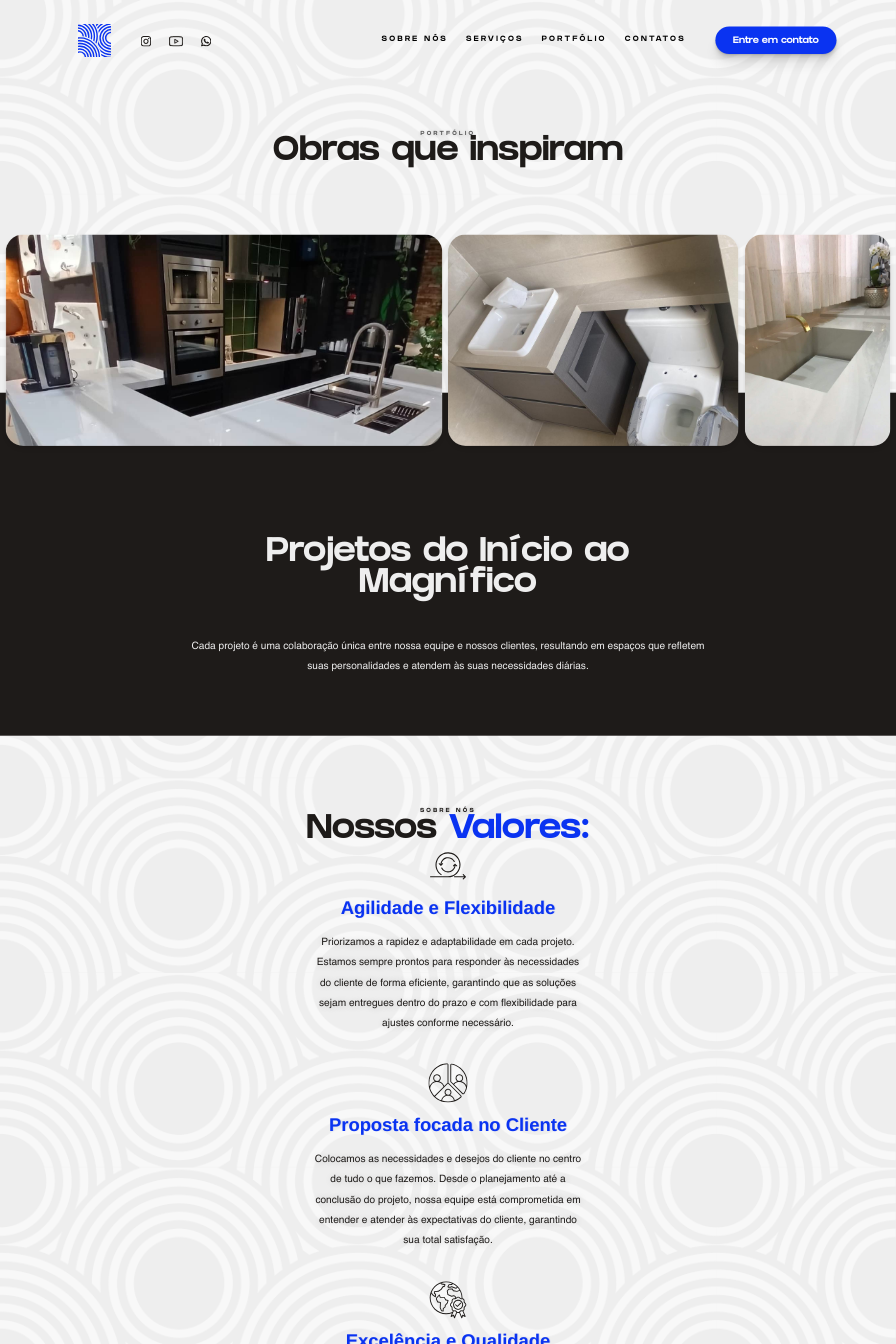
Repository: lucastdcs/ReforMar
Page: /portfolio
An editor plug-in stored every save of this project. The page is shown before and after a run of saves, followed by the edit.
The browser window is 1280 px wide. The pictures show the part of the page from y = 0 to 1920 px (the page is 6311 px tall before and 720 px after), at 70% of full size.
Backgrounds fixed to the window are drawn as part of the page. The project was rebuilt for these pictures with package versions that can differ from the ones it lists, and the page was loaded fresh each time. Also part of the build but not shown: vite.config.js, src/Components/EmailPopUp/EmailPopUp.styled.js, src/Components/EmailPopUp/EmailPopUp.jsx, src/Components/Card/Card.styled.js, src/Components/Card/Card.jsx, src/Components/ServicesCard/ServicesCard.styled.js, src/Components/ServicesCard/ServicesCard.jsx, src/Components/Badges/Badges.styled.js and 9 more.

Above is the page before, as saved 2024-10-11 13:05:32.

### index.html
<!doctype html>
<html lang="pt-br">

<head>
  <meta charset="UTF-8" />
  <meta name="viewport" content="width=device-width, initial-scale=1.0" />

  <!-- Favicon -->
  <link rel="icon" href="/Favicon.svg" type="image/svg+xml">
  <link rel="shortcut icon" href="/Favicon.svg" type="image/svg+xml">

  <!-- SEO Meta Tags -->
  <meta name="description"
    content="A ReforMar - Obras Express oferece serviços rápidos e eficientes de reforma e construção. Confie em nossa equipe especializada para transformar seu espaço com qualidade e agilidade.">
  <meta name="keywords"
    content="reforma, construção, obras express, reforma residencial, reforma comercial, reformas rápidas, qualidade, agilidade, ReforMar">
  <meta name="author" content="ReforMar - Obras Express">

  <!-- Open Graph Meta Tags -->
  <meta property="og:title" content="ReforMar - Reformas e Construções Rápidas">
  <meta property="og:description"
    content="A ReforMar - Obras Express oferece serviços rápidos e eficientes de reforma e construção. Confie em nossa equipe especializada para transformar seu espaço com qualidade e agilidade.">
  <meta property="og:image" content="https://reformarobrasexpress.com.br/assets/image1-Bzcdwp6d.jpg">
  <meta property="og:url" content="https://reformarobrasexpress.com.br">
  <meta property="og:type" content="website">
  <meta property="og:locale" content="pt_BR">

  <!-- Twitter Meta Tags -->
  <meta name="twitter:card" content="summary_large_image">
  <meta name="twitter:title" content="ReforMar - Reformas e Construções Rápidas">
  <meta name="twitter:description"
    content="A ReforMar - Obras Express oferece serviços rápidos e eficientes de reforma e construção. Confie em nossa equipe especializada para transformar seu espaço com qualidade e agilidade.">
  <meta name="twitter:image" content="https://reformarobrasexpress.com.br/assets/image1-Bzcdwp6d.jpg">

  <meta property="og:title" content="Reformar Obras Express">
  <meta property="og:description" content="Serviços rápidos de reforma e construção.">
  <meta property="og:image" content="https://reformarobrasexpress.com.br/assets/image1-Bzcdwp6d.jpg">
  <meta property="og:url" content="https://reformarobrasexpress.com.br/">
  <meta property="og:type" content="website">

  <!-- Title -->
  <title>ReforMar - Reformas e Construções Rápidas</title>

</head>

<body>
  <div id="root"></div>
  <div id="portal"></div>
  <script type="module" src="/src/main.jsx"></script>
</body>

</html>

### src/index.css
@import './assets/styles/base/fonts.css';
@import './assets/styles/base/variables.css';

:root {

  color: rgb(248, 248, 248);
  background-color: var(--off-white);


  font-synthesis: none;
  text-rendering: optimizeLegibility;
  -webkit-font-smoothing: antialiased;
  -moz-osx-font-smoothing: grayscale;
}

*,
*::before,
*::after {
  box-sizing: border-box;
  margin: 0;
  padding: 0;
}

html {
  font-size: 52.5%;
  scroll-behavior: smooth;
}

body {
  overflow-x: hidden;
  display: flex;
  justify-content: center;
  align-items: center;
  margin: 0;
  padding: 0;
  width: 100vw;
  background-image: url("./assets/imgs/Grafismo.png");
  background-repeat: repeat-y;
  background-attachment: fixed;
  background-size: contain;
}


::-webkit-scrollbar {
  width: 1.5rem;
  height: 1.5rem;
}

::-webkit-scrollbar-track {
  background: var(--sb-track-color);
  border-radius: 10px;
}

::-webkit-scrollbar-thumb {
  background: var(--sb-thumb-color);
  border-radius: 10px;
}

/* Estilizando a barra de rolagem para navegadores que não suportam WebKit */
@supports not selector(::-webkit-scrollbar) {
  body {
    scrollbar-color: var(--sb-thumb-color) var(--sb-track-color);
  }
}

.slide-in {
  position: fixed;
  top: 0;
  left: 0;
  width: 100%;
  height: 100vh;
  background-color: red;



  transform-origin: bottom;
}

.slide-out {
  position: fixed;
  top: 0;
  left: 0;
  width: 100%;
  height: 100vh;
  background-color: red;
  transform-origin: top;
}

.project_title {
  margin: 0 0.5rem;
}

### src/Components/Footer/Footer.jsx
import React from "react";
import { StyledContainer, Legal } from "./Footer.styled";
import instagram from "../../assets/icons/instagram.svg";
import whatsapp from "../../assets/icons/whatsapp.svg";
import youtube from "../../assets/icons/youtube.svg";
import logo from "../../assets/icons/logo-simbolo.svg";
import { Text } from "../../assets/styles/typography.styled";

const Footer = () => {
  return (
    <>
      <StyledContainer>
        <div className="wrapper">
          <div className="socials_wrapper">
            <span>
              <a href="https://www.instagram.com/reformarobras/">
                <img src={instagram} alt="Logo do Instagram" />
              </a>
              <a href="https://www.youtube.com/@reformarobrasexpress">
                <img src={youtube} alt="Logo do Youtube" />
              </a>
              <a href="">
                <img src={whatsapp} alt="Logo do Whatsapp" />
              </a>
            </span>
            <img src={logo} alt="" />
          </div>
          <ul>
            <li className="list_title">
              <Text>Empresa</Text>
            </li>
            <li>
              <a href="/sobreNos">
                <Text>Sobre Nós</Text>
              </a>
            </li>
            <li>
              <a href="/servicos">
                <Text>Serviços</Text>
              </a>
            </li>
            <li>
              <a href="/contato">
                <Text>Contatos</Text>
              </a>
            </li>
          </ul>
          <ul>
            <li className="list_title">
              <Text>Legal</Text>
            </li>
            <li>
              <Text>Política e Privacidade</Text>
            </li>
            <li>
              <Text>Termos de uso</Text>
            </li>
          </ul>
          <ul>
            <li className="list_title">
              <Text>Contatos</Text>
            </li>
            <li>
              <Text>atendimento@reformarobrasexpress.com.br</Text>
            </li>
            <li>
              <Text>(11) 93961-2000</Text>
            </li>
            <li>
              <Text>(13) 98220-2000</Text>
            </li>
            <li>
              <Text>São Paulo - SP</Text>
            </li>
            <li>
              <Text>São Vicente - SP</Text>
            </li>
          </ul>
        </div>
      </StyledContainer>
      <Legal>
        <Text>© 2024 ReforMar Obras Express. All rights reserved.</Text>
      </Legal>
    </>
  );
};

export default Footer;

### src/Pages/Portfolio.jsx
import React, { useEffect, useState } from "react";
import styled from "styled-components";
import FeedbackSection from "../Components/FeedbackSection/FeedbackSection";
import ValuesSection from "../Components/ValuesSection/ValuesSection";
import NumbersSection from "../Components/NumbersSection/NumbersSection";
import Titles from "../Components/Titles/Titles";
import { Text } from "../assets/styles/typography.styled";
import img1 from "../assets/imgs/ServicesImg.jpg";
import img2 from "../assets/imgs/ObrasIMG2.jpg";
import img3 from "../assets/imgs/ObrasIMG3.jpg";
import CarouselNew from "../Components/MotionCarousel/MotionCarousel.jsx";
import { getMainImagesFromFolder, getImagesFromFolder } from "../utils/getImagesfromFolder.js";

const Portfolio = () => {
  const Main = styled.main`
    width: 100vw;
    color: var(--black);
    text-align: center;
    margin-top: 22rem;
    height: fit-content;

    :nth-child(7) {
      margin-top: 5rem;
    }
  `;
  const Grid = styled.div`
    position: relative;
    bottom: -10rem;
    max-width: 180rem;
    max-height: 60rem;
    display: grid;
    grid-template-columns: 3fr 2fr 1fr;
    grid-gap: 1rem;
    margin: auto;
    padding: 1rem;

    img {
      border-radius: 3rem;
      object-fit: cover;
      width: 100%;
      height: 100%;
      box-shadow: 0 4px 6px rgba(0, 0, 0, 0.1);
    }

    .img1 {
      grid-column: 1;
      grid-row: 1;
    }

    .img2 {
      grid-column: 2;
      grid-row: 1;
    }

    .img3 {
      grid-column: 3;
      grid-row: 1;
    }

    @media (max-width: 800px) {
      grid-template-columns: 1fr;
      grid-template-rows: repeat(20rem, 3);
      max-height: fit-content;

      img {
        height: 20rem;
      }
      .img1 {
        grid-column: 1;
        grid-row: 1;
      }

      .img2 {
        grid-column: 1;
        grid-row: 2;
      }

      .img3 {
        grid-column: 1;
        grid-row: 3;
      }
    }
  `;
  const Projects = styled.section`
    width: 100vw;
    height: fit-content;
    padding-top: 25rem;
    padding-bottom: 10rem;
    background-color: var(--black);
    color: var(--off-white);

    p {
      margin-top: 6rem;
      margin-left: 0.5rem;
      margin-right: 0.5rem;
    }

    .text_wrapper {
      max-width: 90rem;
      margin: auto;
    }
    .project_card {
      text-align: left;
      border: 1px solid var(--off-white);
      max-width: 130rem;
      border-radius: 4rem;
      /* height: fit-content; */
      p {
        margin: 0;
      }
    }

    @media (max-width: 1000px) {
      .portfolio_carousel_inner {
        width: 90vw;
      }
    }
  `;

  const [projects, setProjects] = useState([]);

  const getProjects = () => {
    const allProjects = [];
    let i = 1;

    while (i < 20) {
      const imageUrls = getImagesFromFolder(`projeto${i}`, 5);
      const mainImgs = getMainImagesFromFolder(`projeto${i}`);

      allProjects.push({
        imageUrls,
        mainImgs,
      });

      i++;
    }

    setProjects(allProjects);
  };

  useEffect(() => {
    getProjects();
  }, []);

  console.log("🚀 ~ Portfolio ~ projects:", projects);

  return (
    <Main>
      <Titles
        text_label="Portfólio"
        text_title="Obras que inspiram"
        text_span=""
      />

      <Grid>
        <img src={img1} alt="" className="img1" />
        <img src={img2} alt="" className="img2" />
        <img src={img3} alt="" className="img3" />
      </Grid>
      <Projects>
        <div className="text_wrapper">
          <Titles
            text_label=""
            text_title="Projetos do Início ao Magnífico"
            text_span=""
          />
          <Text>
            Cada projeto é uma colaboração única entre nossa equipe e nossos
            clientes, resultando em espaços que refletem suas personalidades e
            atendem às suas necessidades diárias.
          </Text>
        </div>
        <CarouselNew className="portfolio_carousel_inner">
          {/* <Card
            className="project_card"
            img={thumbnailUrl1}
            title="Cuba de Cozinha"
            feedbackStars="4"
            rating={4}
            duration="1 Semana"
            year="2023"
            area="30m²"
            type="Residência"
            location="Santos - SP"
            description="Reforma de paredes, pisos, instalações de lustres e superfícies de mármore"
            overlay
            images={imageUrls1}
            antes={beforeAndAfter1.antes}
            depois={beforeAndAfter1.depois}
          />
          <Card
            className="project_card"
            img={thumbnailUrl2}
            title="Banheiro em mármore e ripado"
            feedbackStars="4"
            rating={4}
            duration="1 Semana"
            year="2023"
            area="30m²"
            type="Residência"
            location="Santos - SP"
            description="Reforma de paredes, pisos, instalações de lustres e superfícies de mármore"
            overlay
            images={imageUrls2}
            antes={beforeAndAfter2.antes}
            depois={beforeAndAfter2.depois}
          />
          <Card
            className="project_card"
            img={thumbnailUrl3}
            title="Varanda"
            feedbackStars="4"
            rating={4}
            duration="1 Semana"
            year="2023"
            area="30m²"
            type="Residência"
            location="Santos - SP"
            description="Reforma de paredes, pisos, instalações de lustres e superfícies de mármore"
            overlay
            images={imageUrls3}
            antes={beforeAndAfter3.antes}
            depois={beforeAndAfter3.depois}
          />
          <Card
            className="project_card"
            img={thumbnailUrl4}
            title="Cozinha"
            feedbackStars="4"
            rating={4}
            duration="1 Semana"
            year="2023"
            area="30m²"
            type="Residência"
            location="Santos - SP"
            description="Reforma de paredes, pisos, instalações de lustres e superfícies de mármore"
            overlay
            images={imageUrls4}
            antes={beforeAndAfter4.antes}
            depois={beforeAndAfter4.depois}
          /> */}
        </CarouselNew>
      </Projects>
      <ValuesSection />
      <NumbersSection />
      <FeedbackSection />
    </Main>
  );
};

export default Portfolio;

### src/assets/styles/base/fonts.css
@import './variables.css';

@font-face {
    font-family: 'Grifter';
    src: url('../../fonts/GRIFTERBold.woff2') format('woff2');
    font-weight: bold;
    font-style: normal;
    font-display: swap;
  }

@font-face {
    font-family: 'Helvetica';
    src: url('../../fonts/Helvetica.woff2') format('woff2');
    font-weight: normal;
    font-style: normal;
    font-display: swap;
  }

### src/assets/styles/base/variables.css
@import './fonts.css';

:root {
  /* Cores */
  --color-primary: #0590FA;
  --color-secondary: #0567F8;
  --color-tertiary: rgb(10, 51, 241);
  --color-error: #F85C5C;
  --off-white: #EEEEEE;
  --grey1: #B5B5B5;
  --grey: #585858;
  --grey-shadow: rgb(88, 88, 88, 0.3);
  --black: rgb(30, 27, 25);
    /* Fontes */
    --font-family-grifter: 'Grifter', sans-serif;
  --font-family-helvetica: 'Helvetica', sans-serif;

  /* scroll bar */

  --sb-track-color: #B5B5B5;
  --sb-thumb-color: #0a33f1;
  --sb-size: 12px;


  /* Tamanhos de Fonte */
  --font-size-h1: 16rem;
  --font-size-h2: 10rem;
  --font-size-h3: 5rem;
  --font-size-h4: 4.5rem;
  --font-size-h5: 4rem;
  --font-size-h6: 2rem;
  --font-size-h7: 1.8rem;
  --font-size-label15: 1.5rem;
  --font-size-label10: 1rem;

  /* Tamanhos de Fonte Mobile */
  --font-size-mh1: 8rem;
  --font-size-mh2: 5rem;
  --font-size-mh3: 2.6rem;
  --font-size-mh4: 2.2rem;
  --font-size-mh5: 2rem;
  --font-size-mh6: 1.8rem;
  --font-size-mh7: 2rem;
  --font-size-mp: 1.6rem;
  --font-size-mlabel1: 1rem;
  --font-size-mlabel2: 0.8rem;
  --font-size-mbutton: 1.2rem;

  /* Espaçamentos */
  --spacing-200: 200%;
  --spacing-160: 160%;
  --spacing-100: 100%;
  --spacing-90: 90%;

}

### src/Components/Button/Button.jsx
import React from "react";
import StyledButton from "./Button.styled.js";
import {useNavigate} from 'react-router-dom'

const Button = (props) => {

  const navigate = useNavigate();

  const handleClick = () => {
    if (props.onClick) {
      props.onClick();
    } else if (props.destino) {
      navigate(`/${props.destino}`)
      window.scrollTo(0, 0);
    }
  }

  // const redirect = () => {
  //   navigate(`${'/' + props.destino}`);
  // };

  return (
    <StyledButton
      whileHover={{ scale: 0.95 }}
      transition={{ type: "spring", stiffness: 400, damping: 10 }}
      whileTap={{ scale: 1 }}
      id="btn_contact"
      className={props.className}
      variantType={props.variantType}
      type={props.type}
      onClick={handleClick}
    >
      {props.texto}
    </StyledButton>
  );
};

export default Button;

### src/Components/Titles/Titles.jsx
import React from "react";
import { LabelTitle } from "../../assets/styles/typography.styled.js";
import { H2 } from "../../assets/styles/typography.styled.js";


const Titles = (props) => {

  return (
    <>
      <LabelTitle  className="project_title small">{props.text_label}</LabelTitle>
      <H2 className="project_title big">{props.text_title} <span>{props.text_span}</span></H2>
    </>
  );
};

export default Titles;

### src/Components/MotionCarousel/MotionCarousel.jsx
import React, { useRef, useState, useEffect } from "react";
import { StyledCarouselNew, Inner, Item } from "./MotionCarousel.styled";
import { filterProps } from "framer-motion";

const CarouselNew = ({ children, className }) => {
  const carousel = useRef();
  const [width, setWidth] = useState(0);

  const updateWidth = () => {
    if (carousel.current) {
      const scrollWidth = carousel.current.scrollWidth;
      const offsetWidth = carousel.current.offsetWidth;
      setWidth(scrollWidth - offsetWidth);
    }
  };

  useEffect(() => {
    updateWidth();
    window.addEventListener("resize", updateWidth);
    return () => window.removeEventListener("resize", updateWidth);
  }, []);

  return (
    <>
      <StyledCarouselNew ref={carousel} whileTap={{ cursor: "grabbing" }}>
        <Inner className={className} drag="x" dragConstraints={{ right: 0, left: -width }}>
          {React.Children.map(children, (child, index) => (
            <Item key={index}>{child}</Item>
          ))}
        </Inner>
      </StyledCarouselNew>
    </>
  );
};

export default CarouselNew;

### src/Components/FeedbackSection/FeedbackSection.jsx
import React from "react";
import { StyledContainer } from "./FeedbackSection.styled";
import Titles from "../Titles/Titles";
import Carousel from "../Carrousel/Carousel";
import CarouselNew from "../MotionCarousel/MotionCarousel";
import FeedbackCard from "../FeedbackCard/FeedbackCard";
import Button from "../Button/Button";
import Photo from "../../assets/imgs/FBimg.png";
import Eder from "../../assets/imgs/Elder.jpg";

import Vanessa from "../../assets/imgs/Vanessa.jpg";
import Luciana from "../../assets/imgs/Luciana.jpg";

const FeedbackSection = () => {
  return (
    <StyledContainer>
      <Titles
        text_label="feedback de clientes"
        text_title="Ouça de nossos"
        text_span="clientes satisfeitos!"
      />

      <CarouselNew className="fb_carousel_inner">
        <FeedbackCard rating={4} photo={Photo} name="Paso Import" type="empresa" date="JUN/2024" text="Empresa profissional e rápida. A equipe do Rodrigo é prestativa. Serviço
        excelente. Valeu o preço. Fiquei surpreendido e recomendo!"/>
        <FeedbackCard rating={5} photo={Eder} name="Eder Espacini" type="técnico" date="JUN/2024" text="Foi um ótimo atendimento, rápido, preciso e de qualidade. a equipe de Rodrigo foi excelente!"/>
        <FeedbackCard rating={4} photo={Luciana} name="Luciana Rocha" type="-" date="MAR/2024" text="Ótima empresa! Profissionalismo nota 10. Equipe do Rodrigo Vitor me deram todo suporte antes, durante e depois."/>
        <FeedbackCard rating={5} photo={Vanessa} name="Vanessa Oliveira" type="-" date="JUN/2024" text="Foram rápidos para atender a minha demanda, e trabalho feito com excelência."/>

      </CarouselNew>

      <Button texto="Entre em contato" destino="contato"/>
    </StyledContainer>
  );
};

export default FeedbackSection;

### src/Components/NumbersSection/NumbersSection.jsx
import React from "react";
import {StyledContainer} from "./NumbersSection.styled";
import NumbersGrid from "../NumbersGrid/NumbersGrid";
import Titles from "../Titles/Titles";
import Button from "../Button/Button";

const NumbersSection = () => {
  return (
    <StyledContainer>
      <Titles text_label="" text_title="Nossos" text_span="Números:" />
      <NumbersGrid />
      <Button texto="Entre em contato" destino="contato"/>
    </StyledContainer>
  );
};

export default NumbersSection;

### src/Components/FeedbackCard/FeedbackCard.jsx
import React from "react";
import StyledContainer from "./FeedbackCard.styled";
import { H7, H6, Label, Text } from "../../assets/styles/typography.styled";


const StarIcon = ({ filled }) => (
  <svg
    width="20"
    height="20"
    viewBox="0 0 24 24"
    fill="none"
    xmlns="http://www.w3.org/2000/svg"
  >
    <path
      d="M12 17.27L18.18 21l-1.64-7.03L22 9.24l-7.19-.61L12 2 9.19 8.63 2 9.24l5.46 4.73L5.82 21z"
      fill={filled ? "#0A33F1" : "#1E1B19"}
    />
  </svg>
);

const StarRating = ({ rating }) => {
  const stars = Array.from({ length: 5 }, (_, index) => (
    <StarIcon key={index} filled={index < rating} />
  ));

  return <div style={{ display: 'flex' }}>{stars}</div>;
};

const FeedbackCard = (props) => {
  return (
    <StyledContainer>
      <img src={props.photo} className="fb_photo" />
      <H7 className="fb_name">{props.name}</H7>
      <Label className="fb_type">{props.type}</Label>
      <span className="fb_stars">
        <StarRating rating={props.rating} />
      </span>
      <H6 className="fb_date">{props.date}</H6>
      <Text className="fb_comentary">{props.text}</Text>
    </StyledContainer>
  );
};

export default FeedbackCard;

### src/Components/Values/Values.jsx
import React from "react";
import { Text } from "../../assets/styles/typography.styled.js";
import { H4 } from "../../assets/styles/typography.styled.js";
import { StyledContainer } from "./Values.styled.js";

const Values = (props) => {
  return (
    <StyledContainer className={props.className}>
      <span><img src={props.icon}/></span>
      <H4>{props.title}</H4>
      <Text>{props.text}</Text>
    </StyledContainer>
  );
};

export default Values;

### src/Components/NumbersGrid/NumbersGrid.jsx
import React from "react";
import { StyledNumbersGrid } from "./NumbersGrid.styled";
import NumbersCard from "../NumbersCard/NumbersCard";

const NumbersGrid = () => {
  return (
    <StyledNumbersGrid>
      <NumbersCard item="card1" number="9+">
        Colaboradores <br /> no Time
      </NumbersCard>
      <NumbersCard item="card2" number="2+ anos" align="right">
        No mercado
      </NumbersCard>
      <NumbersCard
        item="card3"
        number="91% dos clientes"
        align="right"
        size="h2"
      >
        Nos recomendam
      </NumbersCard>
      <NumbersCard item="card4" number="25+">
        Projetos lançados
      </NumbersCard>
    </StyledNumbersGrid>
  );
};

export default NumbersGrid

### src/Components/NumbersCard/NumbersCard.jsx
import React from "react";
import { H1 } from "../../assets/styles/typography.styled";
import { H5 } from "../../assets/styles/typography.styled";
import StyledContainer from "./NumbersCard.styled";

const NumbersCard = (props) => {
    return (
        <StyledContainer align={props.align} className={props.item} size={props.size}>
            <H1>{props.number}</H1>
            <H5>{props.children}</H5>
        </StyledContainer>
    );
};

export default NumbersCard;

Loaded but not shown: src/Components/Header/Header.styled.js (236 lines, source omitted); src/assets/styles/typography.styled.js (79 lines, source omitted); src/Components/NumbersGrid/NumbersGrid.styled.js (104 lines, source omitted); src/Components/ContactUs/ContactUs.styled.js (95 lines, source omitted); src/Components/Footer/Footer.styled.js (78 lines, source omitted); src/Components/ValuesSection/ValuesSection.styled.js (68 lines, source omitted); src/Components/Form/Form.styled.js (67 lines, source omitted); src/Components/FeedbackCard/FeedbackCard.styled.js (65 lines, source omitted); src/Components/NumbersCard/NumbersCard.styled.js (54 lines, source omitted); src/Components/Button/Button.styled.js (32 lines, source omitted); src/utils/getImagesfromFolder.js (22 lines, source omitted); src/Components/MotionCarousel/MotionCarousel.styled.js (25 lines, source omitted); src/Components/FeedbackSection/FeedbackSection.styled.js (32 lines, source omitted); src/Components/Values/Values.styled.js (16 lines, source omitted); src/Components/NumbersSection/NumbersSection.styled.js (11 lines, source omitted); src/Components/ContactUs/ContactUs.jsx (105 lines, source omitted); src/Components/Form/Form.jsx (167 lines, source omitted); src/Components/ValuesSection/ValuesSection.jsx (68 lines, source omitted); src/Components/Header/Header.jsx (84 lines, source omitted); src/main.jsx (95 lines, source omitted)

After the next 6 saves:
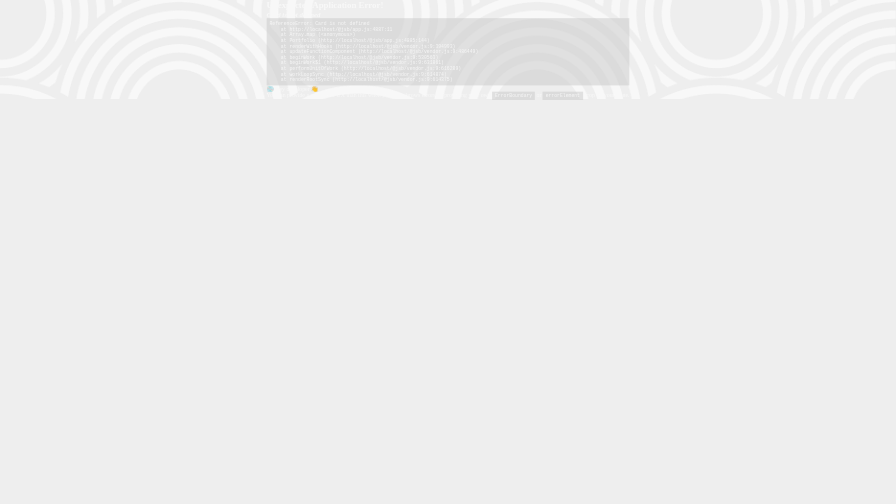
Console error: ReferenceError: Card is not defined
The 6 saves are shown as one change because 1 did not build or start and some came seconds apart.
The last was saved 61 s later.
--- a/src/Pages/Portfolio.jsx
+++ b/src/Pages/Portfolio.jsx
@@ -142,7 +142,6 @@
     getProjects();
   }, []);
 
-  console.log("🚀 ~ Portfolio ~ projects:", projects);
 
   return (
     <Main>
@@ -171,6 +170,25 @@
           </Text>
         </div>
         <CarouselNew className="portfolio_carousel_inner">
+          {projects.map(project =>{
+            <Card
+            className="project_card"
+            img={project.mainImgs.thumbnail}
+            title="Cuba de Cozinha"
+            feedbackStars="4"
+            rating={4}
+            duration="1 Semana"
+            year="2023"
+            area="30m²"
+            type="Residência"
+            location="Santos - SP"
+            description="Reforma de paredes, pisos, instalações de lustres e superfícies de mármore"
+            overlay
+            images={imageUrls1}
+            antes={beforeAndAfter1.antes}
+            depois={beforeAndAfter1.depois}
+          />
+          })}
           {/* <Card
             className="project_card"
             img={thumbnailUrl1}
